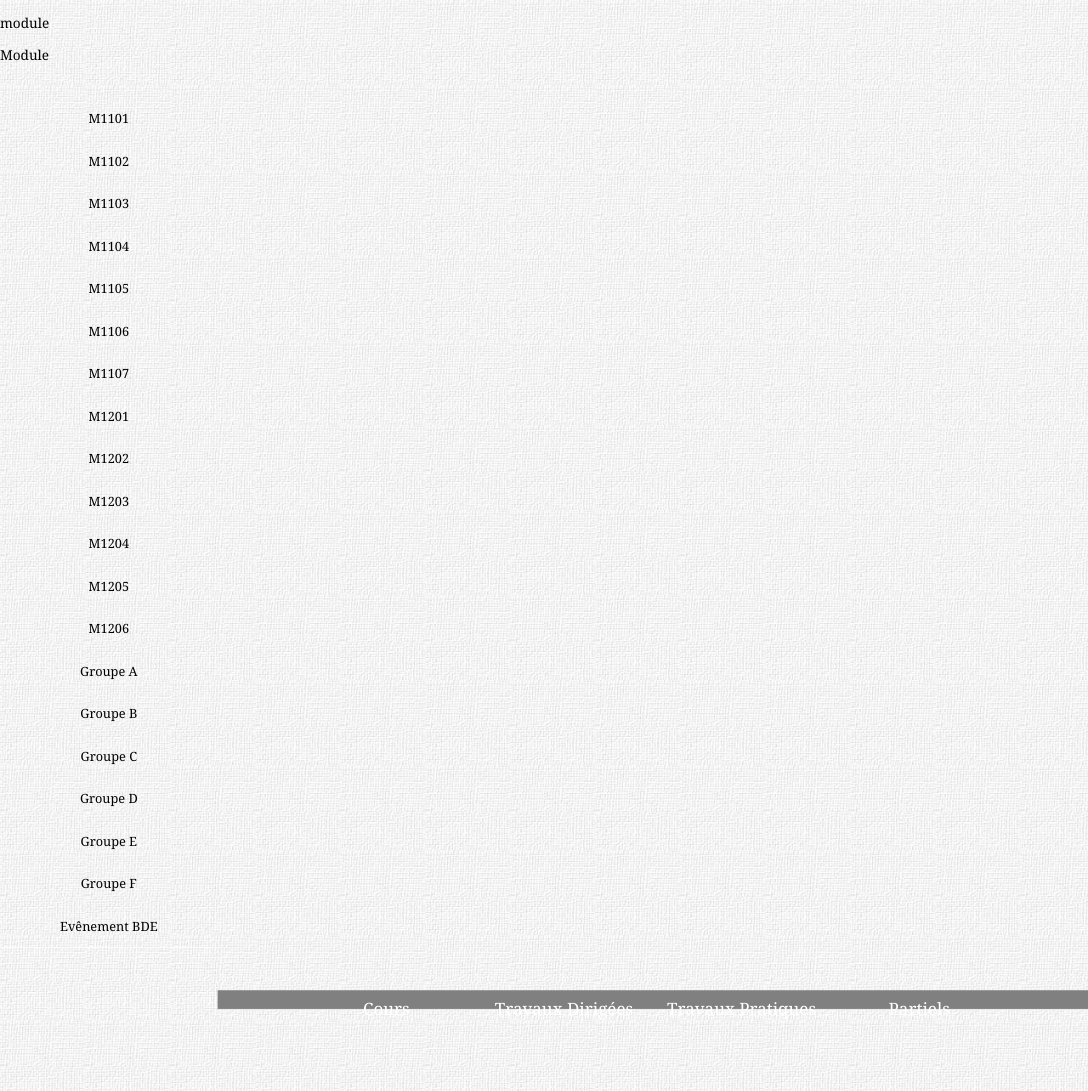
Repository: ValentinArg/PETUT
Page: http://localhost/PETUT/WEB-INF/jsp/eleve/semestre1.jsp
An editor plug-in stored every save of this project. The page is shown before and after the next save, followed by the edit.
The browser window is 1280 px wide. The pictures show the whole page, at 85% of full size.
Some web libraries are served in a nearby version. The page is served by Tomcat 9. Nobody is signed in. Other server files are loaded and not shown. The template is opened directly, without the code that normally fills it, so the values that code supplies are empty.

Above is the page before, as saved 2016-10-02 10:14:25.

### PETUT/WebContent/WEB-INF/jsp/eleve/semestre1.jsp
<%@ page language="java" contentType="text/html; charset=ISO-8859-1"
    pageEncoding="ISO-8859-1"%>
<!DOCTYPE html PUBLIC "-//W3C//DTD HTML 4.01 Transitional//EN" "http://www.w3.org/TR/html4/loose.dtd">
<html>
<head>
<meta http-equiv="Content-Type" content="text/html; charset=ISO-8859-1">
<link rel ="stylesheet" href = "/PETUT/css/main.css"/>
<link rel ="stylesheet" href = "/PETUT/css/allSemestres.css"/>
<title>Insert title here</title>
</head>
<body>

	<p class="boutonHautBas" id="boutonHautBas">module</p>
	<jsp:include page="../enTete.jsp"/>
	<div class="navigation" id="navigation">
		<ul>
			<li class="parent" id="parent1"><p class="module">M1101</p></li>
			<li class="parent" id="parent2"><p class="module">M1102</p></li>
			<li class="parent" id="parent1"><p class="module">M1103</p></li>
			<li class="parent" id="parent2"><p class="module">M1104</p></li>
			<li class="parent" id="parent1"><p class="module">M1105</p></li>
			<li class="parent" id="parent2"><p class="module">M1106</p></li>
			<li class="parent" id="parent1"><p class="module">M1107</p></li>
			<li class="parent" id="parent2"><p class="module">M1201</p></li>
			<li class="parent" id="parent1"><p class="module">M1202</p></li>
			<li class="parent" id="parent2"><p class="module">M1203</p></li>
			<li class="parent" id="parent1"><p class="module">M1204</p></li>
			<li class="parent" id="parent2"><p class="module">M1205</p></li>
			<li class="parent" id="parent1"><p class="module">M1206</p></li>
			<li class="parent" id="parent1"><p class="module">Groupe A</p></li>
			<li class="parent" id="parent2"><p class="module">Groupe B</p></li>
			<li class="parent" id="parent1"><p class="module">Groupe C</p></li>
			<li class="parent" id="parent2"><p class="module">Groupe D</p></li>
			<li class="parent" id="parent1"><p class="module">Groupe E</p></li>
			<li class="parent" id="parent2"><p class="module">Groupe F</p></li>
			<li class="parent" id="parent1"><p class="module">Evênement BDE</p></li>

		</ul>

	</div>
	<div class="conteneurGeneral" id="conteneurGeneral">

		<ul class="selection" id="selection">
			<li class=" type"><p>Cours</p></li>
			<li class="type"><p>Travaux Dirigées</p></li>
			<li class="type"><p>Travaux Pratiques</p></li>
			<li class="type"><p>Partiels</p></li>
		</ul>
	</div>
	<script type="text/javascript">

		var haut = false
		function slideUp(){
			if(!haut){
				$('#navigation').slideUp(500);
				//document.getElementById('conteneurGeneral').style.marginLeft="0px"
				if($('#navigation').is(':animated')){
					checkAnimate();
				}
				haut = true;
			}else{
				$('#conteneurGeneral').animate({ "left": "+=20%","width": "-=20%" }, 200 );
				if($('#conteneurGeneral').is(':animated')){
					checkAnimate();
				}
				haut = false;
			}
		}

		function sleep(milliSeconds){
	        var startTime = new Date().getTime();
	        while (new Date().getTime() < startTime + milliSeconds);
		}

		function checkAnimate() {
            if( $( '#navigation' ).is( ':animated' ) ||  $( '#conteneurGeneral' ).is( ':animated' )) {
                setTimeout(function() {
                    checkAnimate();
                }, 0 );
            }else{
            	if(haut){
            		$('#conteneurGeneral').animate({ "left": "-=20%","width": "+=20%" }, 200 );
            	}
            	else{
            		$('#navigation').slideDown(500);

            	}
            }
        }

		$( '#boutonHautBas' ).click(function(){
			slideUp()});
	</script>
</body>
</html>

### PETUT/WebContent/WEB-INF/jsp/enTete.jsp
<%@ page language="java" contentType="text/html; charset=ISO-8859-1"
    pageEncoding="ISO-8859-1"%>
<!DOCTYPE html PUBLIC "-//W3C//DTD HTML 4.01 Transitional//EN" "http://www.w3.org/TR/html4/loose.dtd">
<html>
<head>
	<meta http-equiv="Content-Type" content="text/html; charset=ISO-8859-1">
	<title>Insert title here</title>
	<link rel ="stylesheet" href = "/PE2I/css/main.css"/>
	<script src="https://code.jquery.com/jquery-1.12.4.js"></script>
  	<script src="https://code.jquery.com/ui/1.12.1/jquery-ui.js"></script>

</head>
<body>
	<div class=enTete>
		<p class="boutonHautBas" id="boutonHautBas">Module</p>
		<ul class="nav" id="nav">
			<c:forEach var="forum" items="${listeForum}">
				<li class=" partie"><a class="forum" id="${forum.id}"><c:out value="${forum.nom}"/></a></li>
			</c:forEach>
			<!-- <li class="partie" id="banniere"><a>PETUT</a></li>-
			<li class=" partie"><a class="forum" id="1">Cours</a></li>
			<li class="partie"><a class="forum" id="2">Travaux Dirigées</a></li>
			<li class="partie"><a class="forum" id="3">Travaux Pratiques</a></li>
			<li class="partie"><a class="forum" id="4">Partiels</a></li>
			<li class="partie"><a>Mon Compte</a></li>-->
		</ul>
	</div>

</body>
</html>

### PETUT/WebContent/css/main.css
@CHARSET "ISO-8859-1";

@CHARSET "UTF-8";
/* Général ------------------------------------------------------------------------------------- */

html {
  height: 100%;
  box-sizing: border-box;
}

*,
*:before,
*:after {
  box-sizing: inherit;
}

body {
	background-image : url(../images/fond.jpg);
	position: relative;
 	margin: 0;
  padding-bottom: 6rem;
  min-height: 100%;
}

body,p,legend, label, input {
    font: normal 8pt;
    font-family:  Georgia, serif;
}

header img {
	width:470px;
	display:inline;
}
header .logoiut{
	height:135px;
	width:215px;
}
header{

	height:135px;
	margin-left:auto;
	margin-right:auto;
	background-image : url(../images/fondbanniere.jpg);
	width:85%;
	min-width:880px;
}
nav {
	width:85%;
	min-width:880px;
	margin-left:auto;
	margin-right:auto;
	text-align:left;

}
.general{
	width:85%;
	min-width:880px;
	margin-left:auto;
	margin-right:auto;
	background-image:url(../images/fondgeneral.jpg);
	padding-top:30px;
	padding-bottom:10px;
	min-height:69vh;
	margin-bottom:-24px;
}
footer {
	width:85%;
	min-width:880px;
	margin-left:auto;
	margin-right:auto;
	font-size:80%;
	position: absolute;
  	right: 0;
  	bottom: 0;
  	left: 0;
  	padding: 1rem;
  	margin-top:0;
	background-image:url(../images/fondgeneral.jpg);
}

### PETUT/WebContent/css/allSemestres.css
.parent{

	list-style:none;
	font-size:15px;
	cursor:pointer;
	width:100%;
	display:inline-block;

}

.navigation ul{
	width:100%;
	display:inline-block;

}




ul{
	margin:0;
	padding:0;
}

.ue {

	border-top:solid 1px white;
	display:block;
	padding:10px;
	text-align:center;
	background-color:#4CAF50;
	margin:0;
}

.ue:hover{
	color:white;
}

.module p{

	border:none;
	border-bottom:solid 1px white;
	display: block;
	padding:10px;
	text-align:center;
	background-color:#333;
	margin:0;


}

.module p:hover{
	color:white;
	cursor:pointer;
}

.semestres{
	background-color:#4CAF50;

}

a{
	cursor:pointer;
}





body{

	margin:0;
	padding:0;
}



.navigation{

	display:inline-block;
	list-style : none;
	margin:0;
	padding:0;
	position: relative;
	z-index:5;
	width:20%;
	border-bottom:solid 1px white;
	text-align:center;
	height:95.5%;
	max-height:95.3%;
	overflow: auto;


}

.conteneurGeneral{
	text-align:justify;
	display:inline-block;
	height:100%;
	position:relative;
	width: 80%;
	margin:0;
	margin-left:20%;
	padding:0;
	margin-top:50px;
	vertical-align:top;

}

.selection{
	display:block;
	vertical-align:top;
	list-style : none;
	margin:0;
	background: Grey;
	z-index:5;
	height:4.7%;
	border-bottom:solid 1px white;
	text-align: center;

}



.type {
	display: inline-block;
	padding:8px;
	font-size:20px;
	height:20px;
	vertical-align:top;
	width:20%;

}

.type p {
	margin:0;
	padding:0;
	color:white;
	cursor:pointer;
}

.type:hover{
	background:#333;

}

.tableauTopic{
	text-align: center;
	position:relative;
	display:block;

}

After the next save:
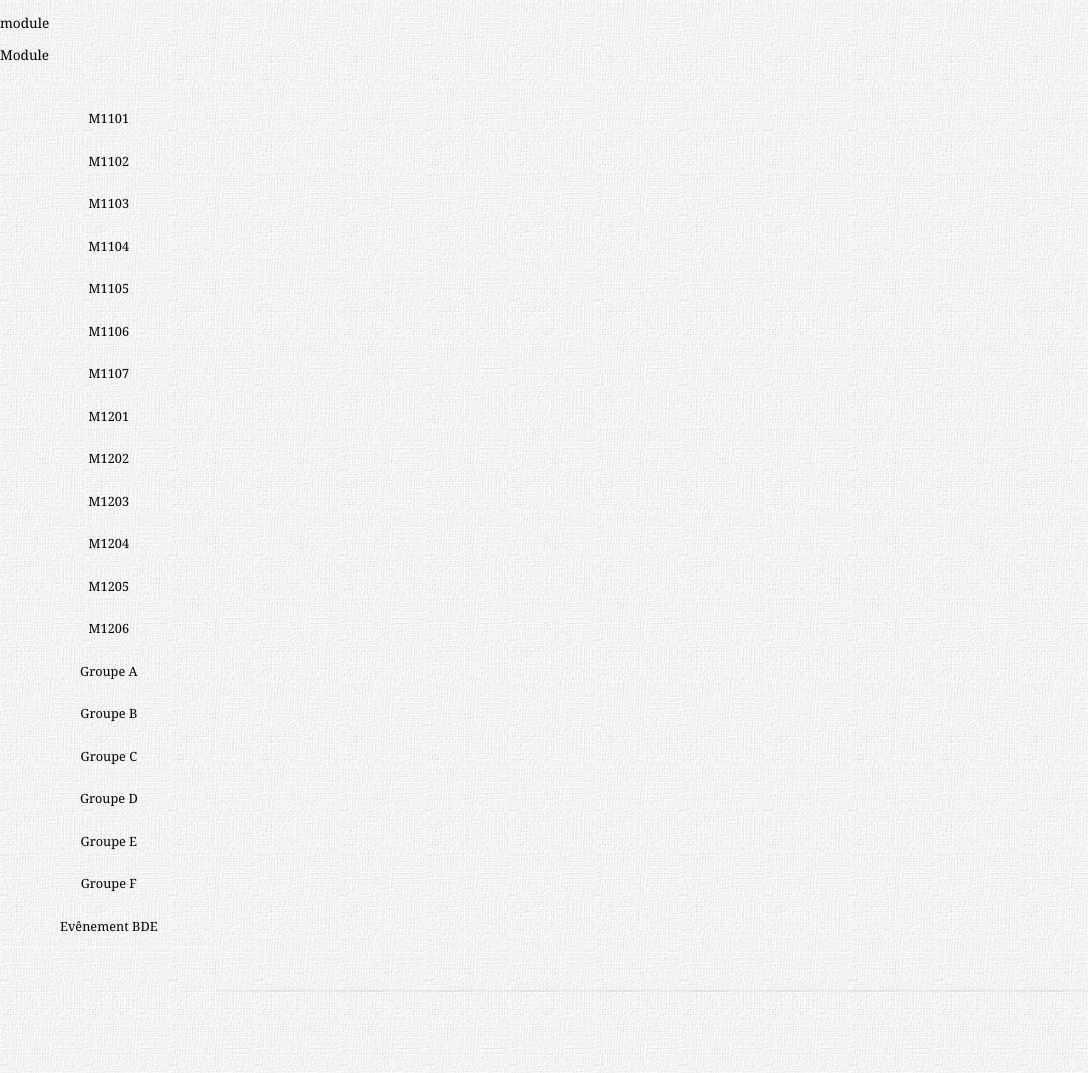
Saved 95 s later.
--- a/PETUT/WebContent/WEB-INF/jsp/eleve/semestre1.jsp
+++ b/PETUT/WebContent/WEB-INF/jsp/eleve/semestre1.jsp
@@ -41,10 +41,7 @@
 	<div class="conteneurGeneral" id="conteneurGeneral">
 
 		<ul class="selection" id="selection">
-			<li class=" type"><p>Cours</p></li>
-			<li class="type"><p>Travaux Dirigées</p></li>
-			<li class="type"><p>Travaux Pratiques</p></li>
-			<li class="type"><p>Partiels</p></li>
+
 		</ul>
 	</div>
 	<script type="text/javascript">
